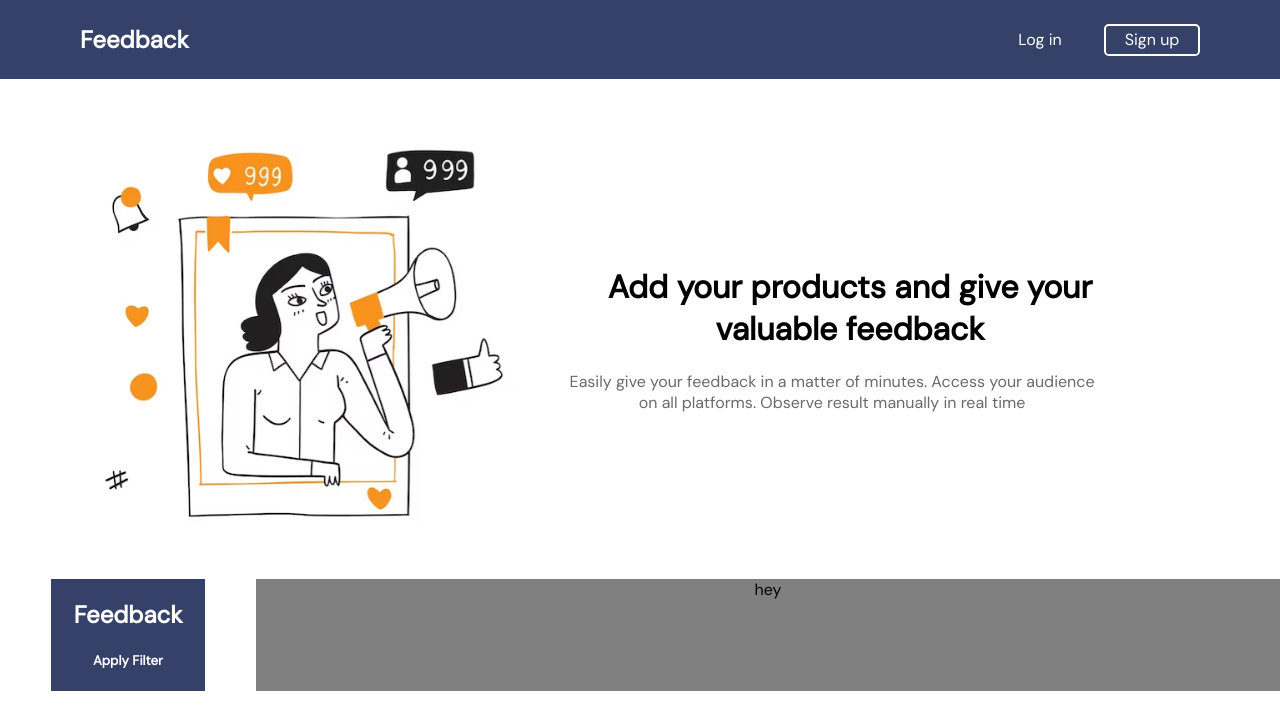
Repository: drumsmanku/final-evaluation-test
Page: / (app in client/)
The author's editor kept a copy of each file at every save. The page is drawn from the files as they stood at one save, then again after the next save.
The browser window is 1280 px wide. The pictures show the whole page.
The page's requests for data from a server got no answer. The project was rebuilt for these pictures with package versions that can differ from the ones it lists, and the page was loaded fresh each time. No one was signed in, and anything a server would have sent is missing.

Above is the page before, as saved 2023-07-28 13:53:59.

### client/src/App.js
import './App.css';
import { BrowserRouter as Router, Route, Routes} from 'react-router-dom';
import MainPage from './Components/MainPage';
function App() {
  return (
    <div className="App">
      <Router>
        <Routes>
          <Route path='/' element={<MainPage/>}/>


        </Routes>
      </Router>
    </div>
  );
}

export default App;

### client/src/Components/MainPage.js
import React, {useState, useEffect} from 'react';
import '../CSS/MainPage.css';
import profile from'../Assets/profilepic.webp';
import img1 from '../Assets/frontphoto.png';
import axios from 'axios';

function MainPage() {
  const [categorySet, setCategorySet]=useState([])
  const [isLoggedIn, setIsLoggedIn]=useState(false);
  const [products, setProdcts]=useState([])
  useEffect(()=>{
    const User=localStorage.getItem('user');
    if(User){
      setIsLoggedIn(true);
    }

  }, []);
  const handleLogout=()=>{
    localStorage.removeItem('user');
    setIsLoggedIn(false);
  }
  const handleCategoryClick=(event)=>{
    const currentCat=event.target.value;
    if(!categorySet.includes(currentCat)){
      setCategorySet([...categorySet, event.target.value]);
    }
    else{
      setCategorySet(categorySet.filter(cat=>cat!=currentCat))
    }

  }

  useEffect(()=>{
    const category=categorySet
    axios.get(`http://localhost/4000/get-prods/category=${category.join(',')}`)
    .then((res)=>{setProdcts(res.data.products)})
    .catch(err=>console.log(err))

  }, [categorySet])

  return (
    <div className='main-container'>
      <div className="main-top-container">
        <div className='navbar' >
          <div style={{display:'flex',width:'100%', justifyContent:' space-between', alignItems:'center',}}>
          <h3 style={{marginLeft:'5rem', color:'white', fontSize:'1.5rem'}}>Feedback</h3>
          <div style={{display:'flex', marginRight:'5rem'}}>
              {isLoggedIn ? (
                <>
                  <button style={{background:'none', fontSize:'large', border:'none', fontFamily:'DM Sans', color:'white'}} onClick={handleLogout}>Logout</button>
                  <span style={{color:'white', fontFamily:'DM Sans', fontSize:'large', display:'flex', alignItems:'center', marginLeft:'1rem'}}>Hello!</span>
                  <img src={profile} alt="" height={50} width={50} style={{borderRadius:'100%', marginLeft:'1rem'}} />
                </>
              ) : (
                <>
                  <button className='btn-main-page-login' type='submit'  >Log in</button>
                  <button type='submit'  className='btn-main-page-register' >Sign up</button>
                </>
              )}
            </div>
          </div>
        </div>
        <div className="title-desc">
          <img src={img1} alt="" height={500} style={{marginLeft:'3rem'}}/>
          <div style={{display:'flex', flexDirection:'column', marginLeft:'2rem'}}>
              <h1 style={{maxWidth:'80%'}}> Add your products and give your valuable feedback</h1>
              <span style={{maxWidth:'75%', color:'#6A6A6A'}}>Easily give your feedback in a matter of minutes. Access your audience on all platforms. Observe result manually in real time</span>
          </div>
        </div>
      </div>
      <div className="main-bottom-container">
        <div className="bottom-left">
          <article style={{backgroundColor:'#36416A', width:'60%', color:'white'}}>
            <h2>Feedback</h2>
            <h5>Apply Filter</h5>
          </article>
        </div>
        <div className="bottom-right">
          hey
        </div>
      </div>
    </div>
  )
}

export default MainPage

### client/src/CSS/MainPage.css
@import url('https://fonts.googleapis.com/css2?family=DM+Sans&display=swap');

body{
  font-family: 'DM Sans';
}
.main-container{
  height: 100vh;
  width: 100vw;
  display: flex;
  flex-direction: column;

}
.main-top-container{
  width: 100%;
}
.btn-main-page-login{
  height: 2rem;
  width: 6rem;
  font-weight: 500;
  font-size: medium ;
  background: none;
  border: none;
  border-radius: 0.3rem;
  margin-left: 1rem;
  margin-bottom:0;
  color: white;
  font-family: 'DM Sans';
  cursor: pointer;
}
.btn-main-page-register{
  height: 2rem;
  width: 6rem;
  font-size: medium;
  font-weight: 500;
  background-color: #36416A;
  border: 2px solid white;
  border-radius: 0.3rem;
  margin-left: 1rem;
  margin-bottom:0;
  color: white;
  font-family: 'DM Sans';
  cursor: pointer;
}
.navbar{
  width: 100%;
  background-color: #36416A;
}
.title-desc{
  width: 100%;
  display: flex;
  align-items: center;
  justify-content: space-around;

}
.bottom-left{
  width: 20%;
  display: flex;
  flex-direction: column;
  align-items: center;

}
.bottom-right{
  width: 80%;
  background-color: gray;
}
.main-bottom-container{
  width:100%;
  display: flex;
}

Loaded but not shown: client/public/index.html (common file); client/src/index.js (common file); client/src/index.css (common file); client/src/App.css (common file)

After the next save:
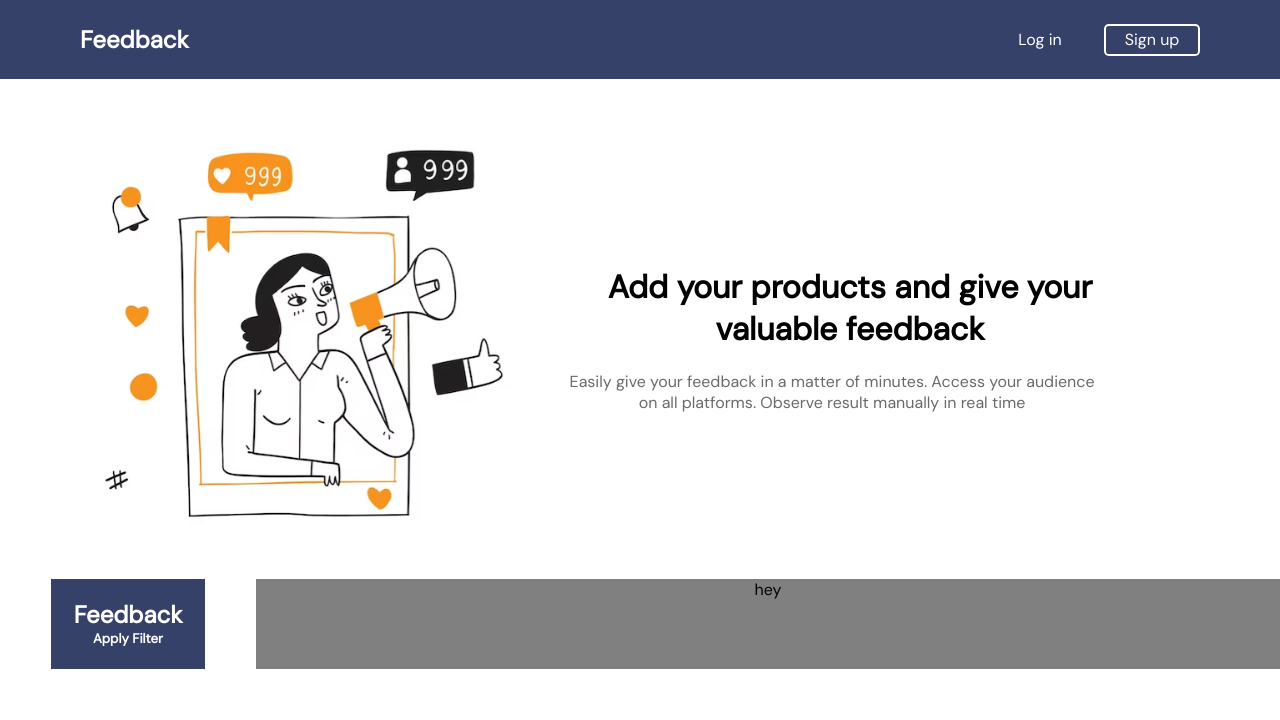
Saved 27 s later.
--- a/client/src/Components/MainPage.js
+++ b/client/src/Components/MainPage.js
@@ -71,8 +71,8 @@ function MainPage() {
       <div className="main-bottom-container">
         <div className="bottom-left">
           <article style={{backgroundColor:'#36416A', width:'60%', color:'white'}}>
-            <h2>Feedback</h2>
-            <h5>Apply Filter</h5>
+            <h2 style={{marginBottom:0}}>Feedback</h2>
+            <h5 style={{marginTop:0}}>Apply Filter</h5>
           </article>
         </div>
         <div className="bottom-right">
